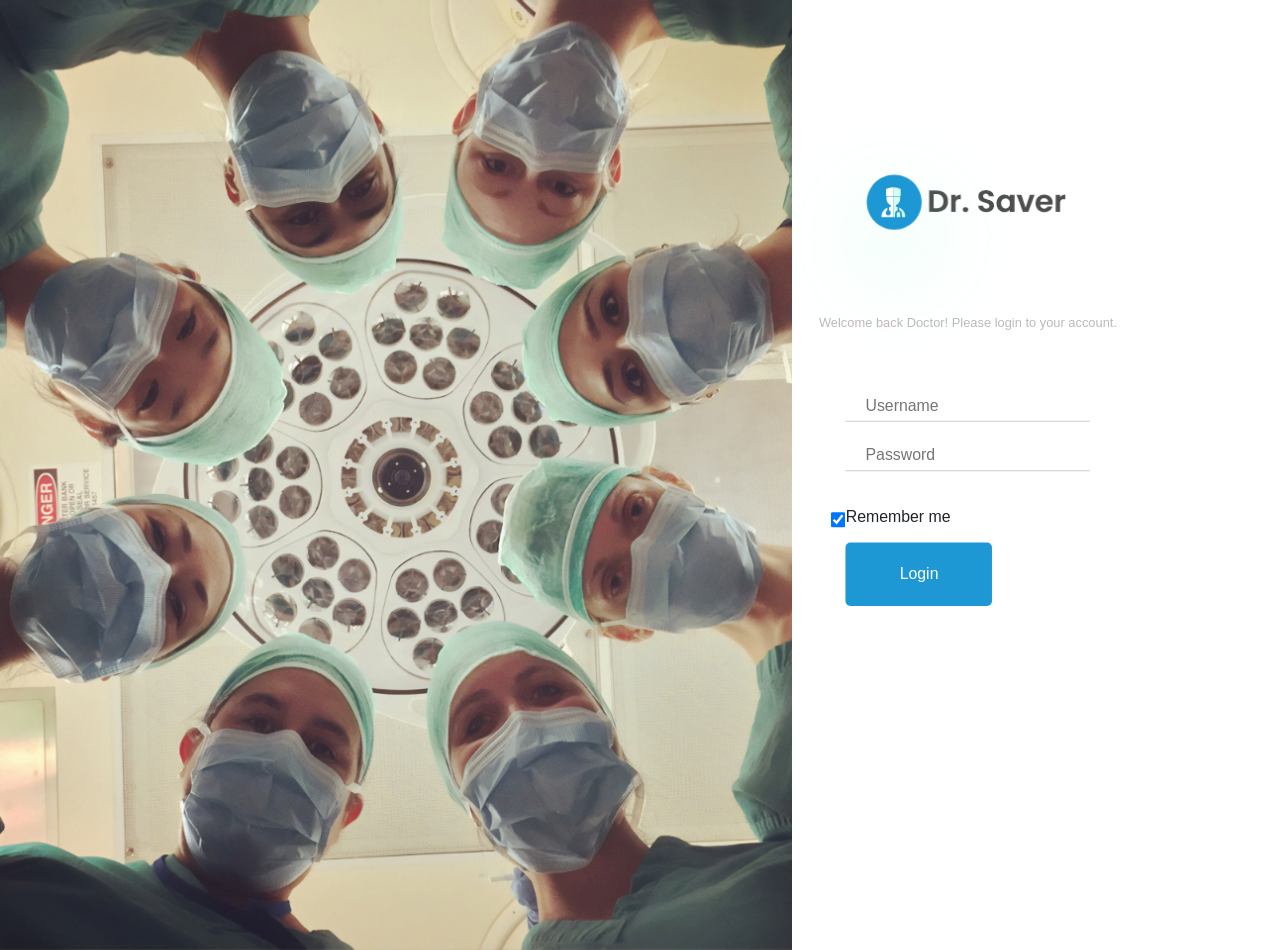
Repository: nsra/hadeel_doctor_system
Page: doctor/Dlogin.html
An editor plug-in stored every save of this project. The page is shown before and after the next save, followed by the edit.
The browser window is 1280 px wide. The page is 1295 px wide, so the pictures cover 1295 px, including what lies to the right of the window. The pictures show the whole page, at 99% of full size.
Some web fonts or font styles are not loaded; a fallback is used. Some web libraries are served in a nearby version.

Above is the page before, as saved 2022-03-29 17:02:35.

After the next save:
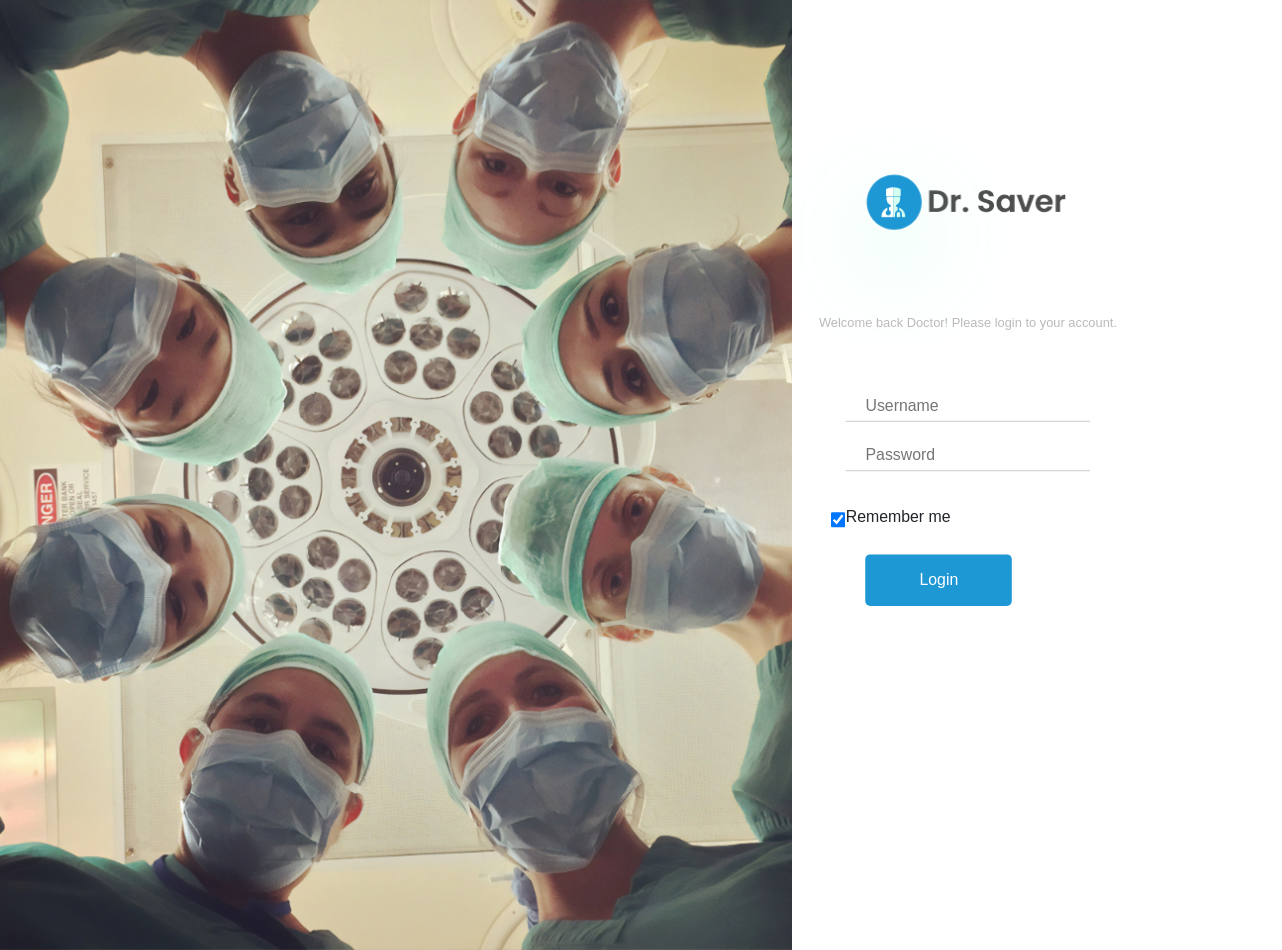
Saved 1 s later.
--- a/doctor/Dlogin.html
+++ b/doctor/Dlogin.html
@@ -38,7 +38,7 @@
                            <input type="checkbox" checked="checked" style="width:15px;" name="remember">Remember me
 
             </div>
-              <button type="submit" style="width: 60%;padding: 20px;">Login</button>
+              <button type="submit" style="width: 60%;margin: 20px;">Login</button>
 
 
           </form>
